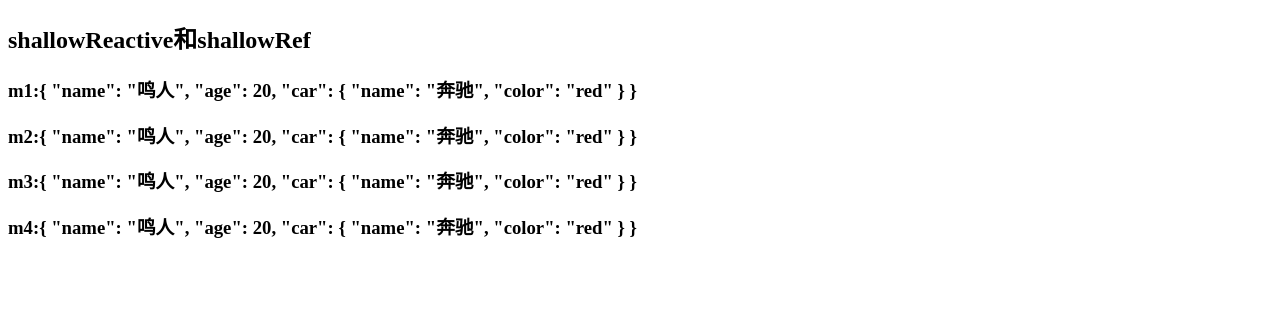
Repository: zhuhongxiang/Vue3.0-TSLeaning
Page: / (app in 04_Vue3/vue3_learning/)
The author's editor kept a copy of each file at every save. The page is drawn from the files as they stood at one save, then again after the next save.
The browser window is 1280 px wide. The pictures show the whole page.
The project was rebuilt for these pictures with package versions that can differ from the ones it lists, and the page was loaded fresh each time.

Above is the page before, as saved 2021-07-27 10:03:50.

### 04_Vue3/vue3_learning/src/main.ts
// 程序的主入口文件，ts文件，是main.ts
// 引入createApp函数，创建对应的应用产生应用的实例对象
import { createApp } from 'vue'
// 引入App组件（所有组件的父级组件）
import App from './App.vue'
// 创建App应用返回对应的实例对象，调用mount方法进行挂载
createApp(App).mount('#app')

### 04_Vue3/vue3_learning/src/App.vue
<template>
  <h2>shallowReactive和shallowRef</h2>
  <h3>m1:{{ m1 }}</h3>
  <h3>m2:{{ m2 }}</h3>
  <h3>m3:{{ m3 }}</h3>
  <h3>m4:{{ m4 }}</h3>
</template>

<script lang='ts'>
import {
  defineComponent,
  reactive,
  ref,
  shallowReactive,
  shallowRef,
} from "vue";
export default defineComponent({
  name: "App",
  props: {},
  components: {},
  setup() {
    const m1 = reactive({
      name: "鸣人",
      age: 20,
      car: {
        name: "奔驰",
        color: "red",
      },
    });
    const m2 = shallowReactive({
      name: "鸣人",
      age: 20,
      car: {
        name: "奔驰",
        color: "red",
      },
    });
    const m3 = ref({
      name: "鸣人",
      age: 20,
      car: {
        name: "奔驰",
        color: "red",
      },
    });
    const m4 = shallowRef({
      name: "鸣人",
      age: 20,
      car: {
        name: "奔驰",
        color: "red",
      },
    });

    return {
      m1,
      m2,
      m3,
      m4,
    };
  },
});
</script>

<style scoped>
</style>

Loaded but not shown: 04_Vue3/vue3_learning/public/index.html (common file)

After the next save:
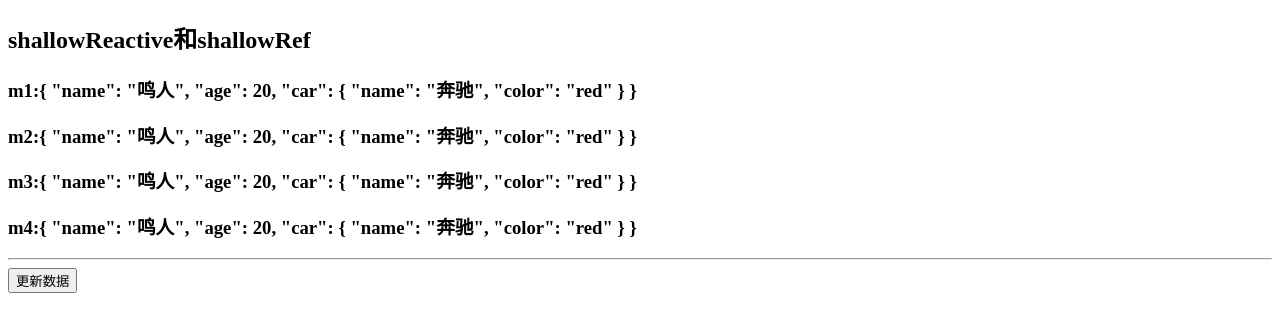
Saved 107 s later.
--- a/04_Vue3/vue3_learning/src/App.vue
+++ b/04_Vue3/vue3_learning/src/App.vue
@@ -4,6 +4,8 @@
   <h3>m2:{{ m2 }}</h3>
   <h3>m3:{{ m3 }}</h3>
   <h3>m4:{{ m4 }}</h3>
+  <hr />
+  <button @click="update">更新数据</button>
 </template>
 
 <script lang='ts'>
@@ -51,6 +53,13 @@ export default defineComponent({
         color: "red",
       },
     });
+    const update = () => {
+      //更改m1的数据----reactive方式
+      m1.name += "==";
+      //更改m1的数据----shallowReactive方式
+      //更改m1的数据----ref方式
+      //更改m1的数据----shallowRef方式
+    };
 
     return {
       m1,
